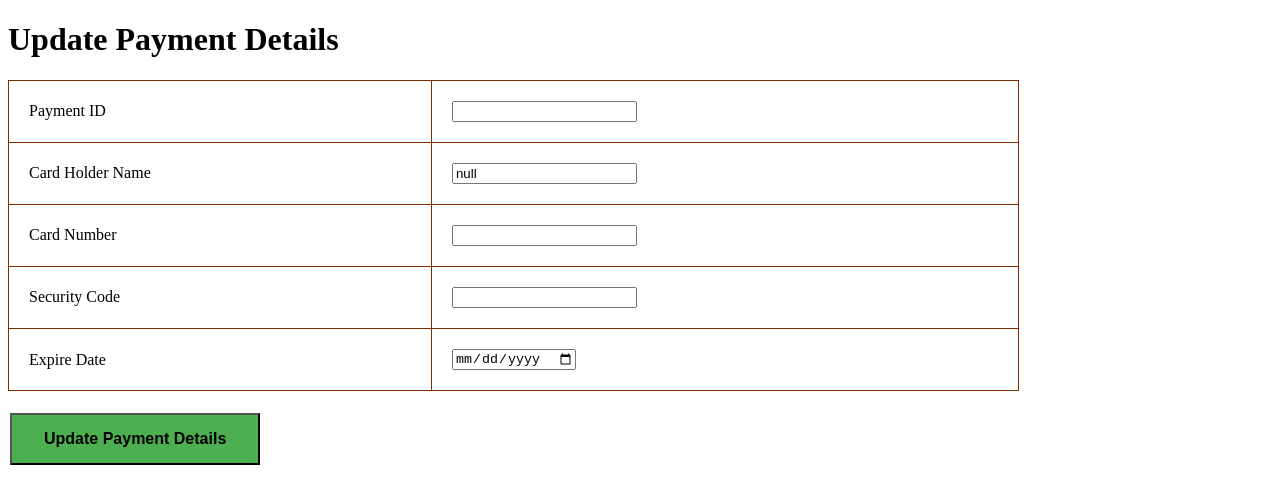
Repository: sandeepa9803/OOP---Online-Travel-web-application
Page: http://localhost/PaymentNew/updatepayment.jsp
An editor plug-in stored every save of this project. The page is shown before and after the next save, followed by the edit.
The browser window is 1280 px wide. The pictures show the whole page.
The page is served by Tomcat 9.

Above is the page before, as saved 2021-10-11 16:53:44.

After the next save:
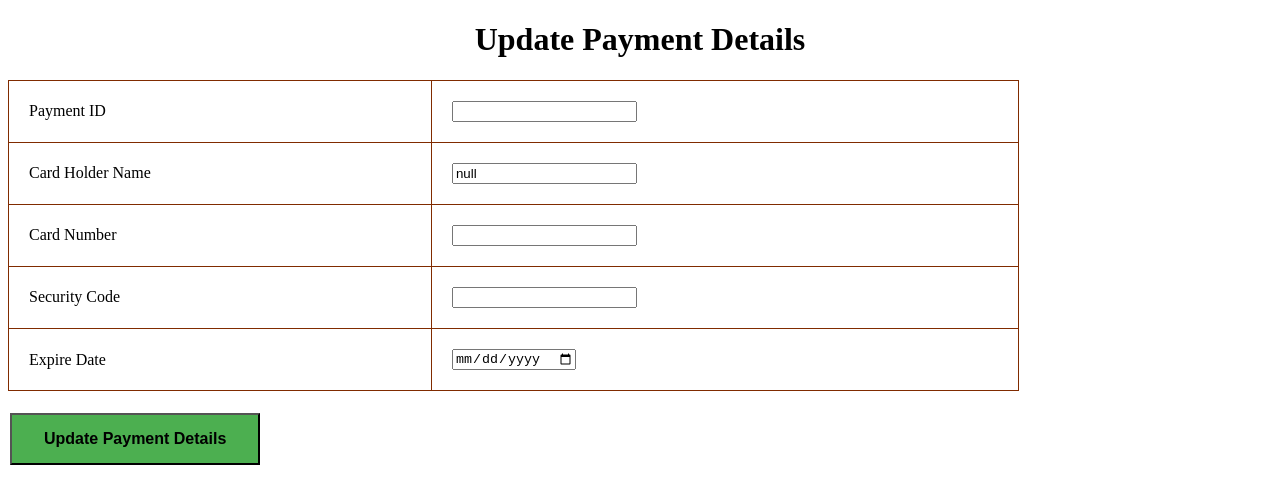
Saved 28 s later.
--- a/PaymentNew/WebContent/updatepayment.jsp
+++ b/PaymentNew/WebContent/updatepayment.jsp
@@ -34,6 +34,9 @@ th, td {
   margin: 4px 2px;
   cursor: pointer;
 }
+
+h1 {
+      text-align:center;}
 
 
 
